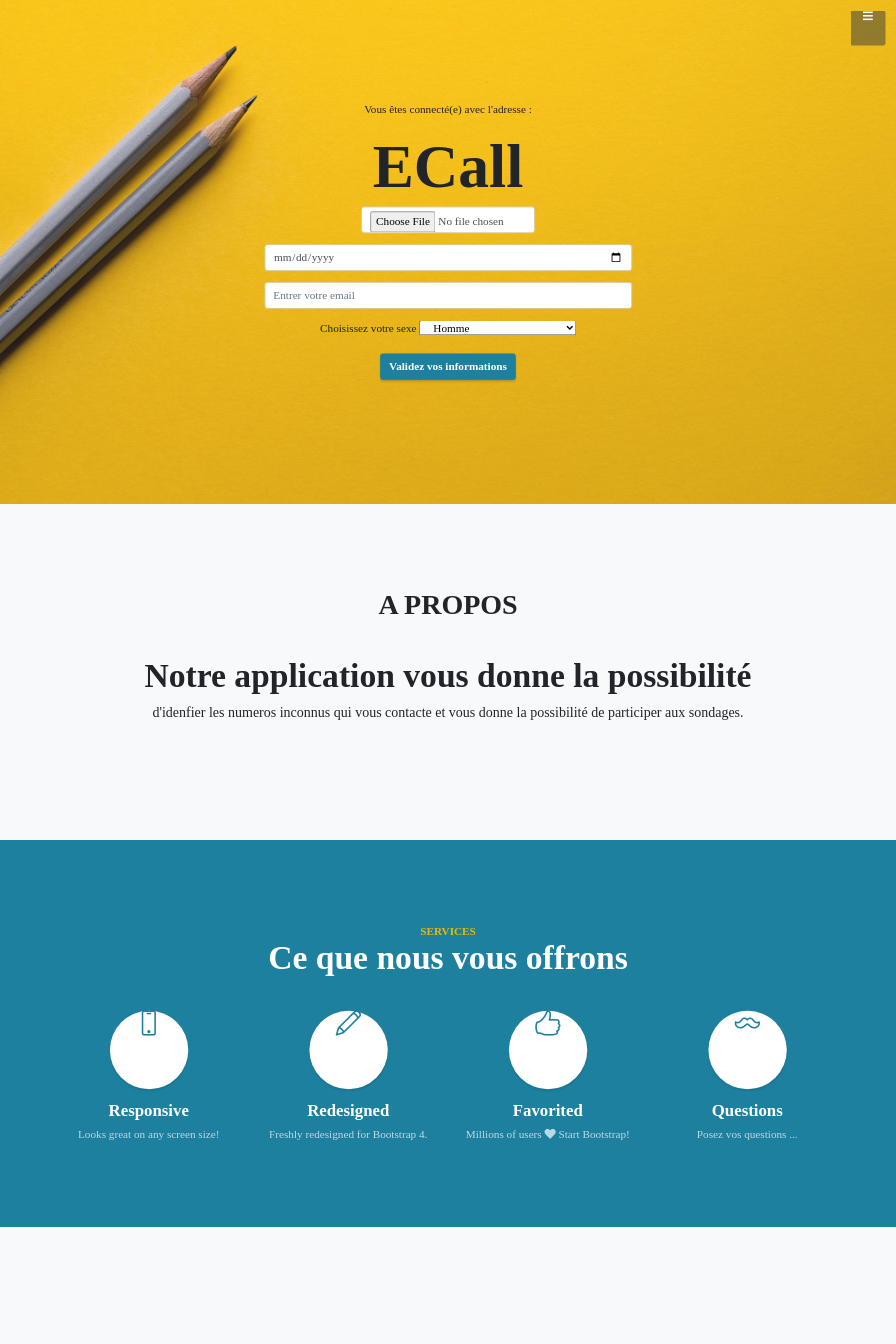
Repository: marco667/E-Callers
Page: http://localhost/E-Call/InfosSupplements
An editor plug-in stored every save of this project. The page is shown before and after the next save, followed by the edit.
The browser window is 1280 px wide. The pictures show the part of the page from y = 0 to 1920 px (the page is 3387 px tall), at 70% of full size.
Some web fonts or font styles are not loaded; a fallback is used. The page is served by Tomcat 9.

Above is the page before, as saved 2019-06-28 19:11:20.

After the next save:
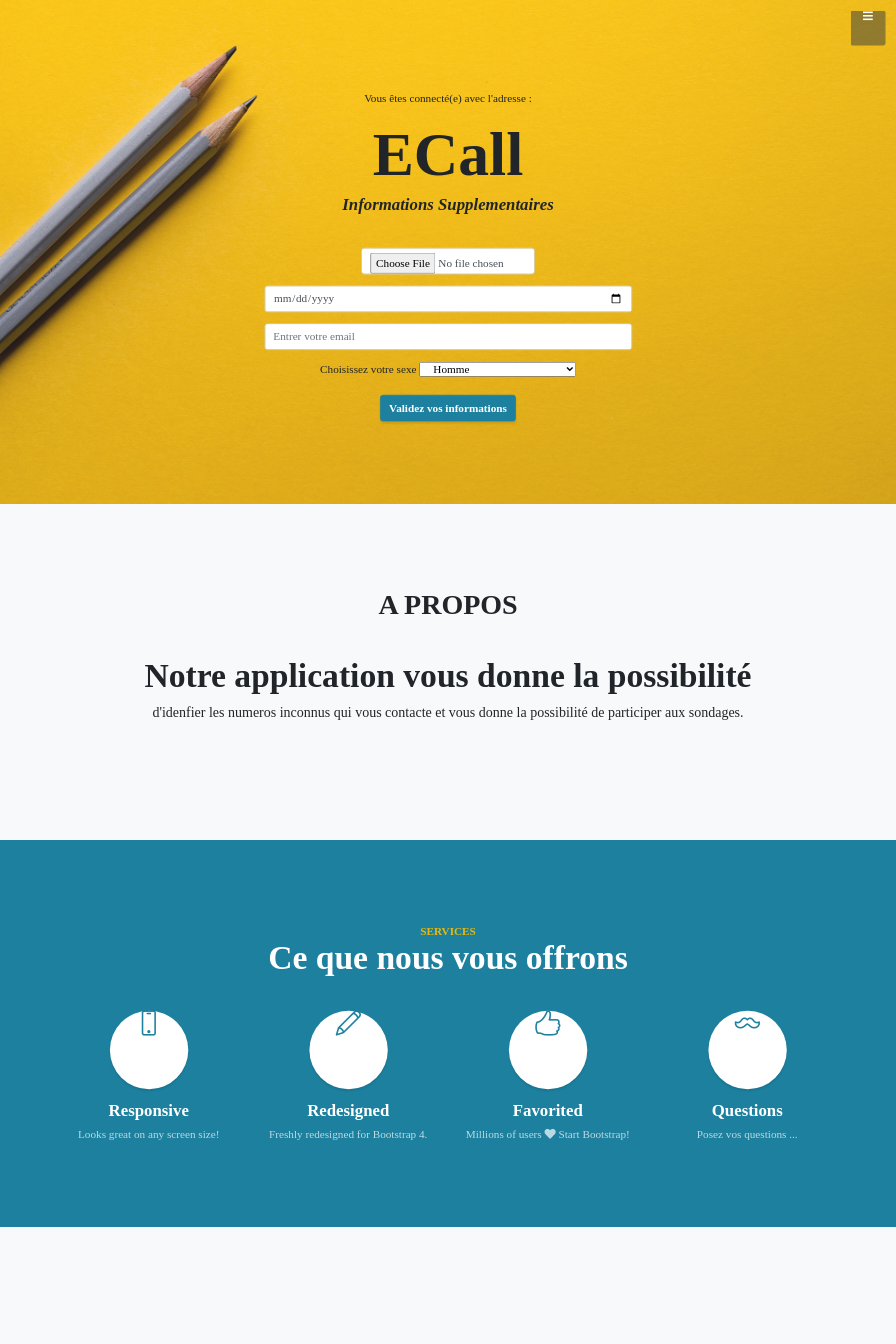
Saved 2 min 30 s later.
--- a/E-Call/WebContent/WEB-INF/formulaire.jsp
+++ b/E-Call/WebContent/WEB-INF/formulaire.jsp
@@ -70,6 +70,9 @@
          </c:if>
 
       <h1 class="mb-1">ECall</h1>
+      <h4 class="mb-5">
+        <em> Informations Supplementaires </em>
+      </h4>
       <div class = "form-group">
 
       		<form class= "form-horizontal" role="form" method="post" action="InfosSupplements" enctype="multipart/form-data" >
